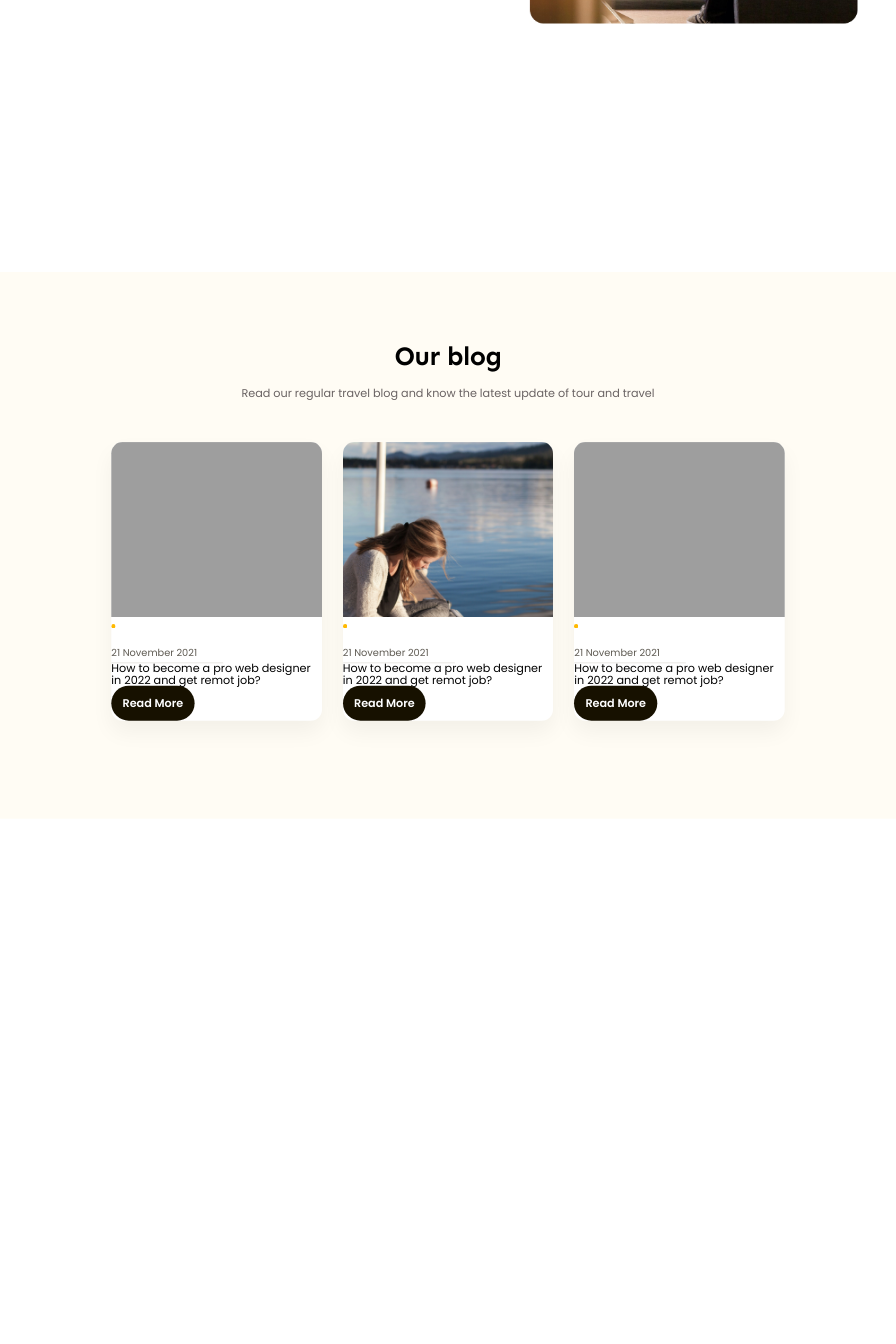
Repository: Toihoclaptrinh/duan1_figma
Page: index.html
An editor plug-in stored every save of this project. The page is shown before and after the next save, followed by the edit.
The browser window is 1280 px wide. The pictures show the part of the page from y = 3591 to 5511 px (the page is 10000 px tall), at 70% of full size.
Pictures or frames that could not be fetched are drawn as grey boxes.

Above is the page before, as saved 2024-02-17 03:14:34.

After the next save:
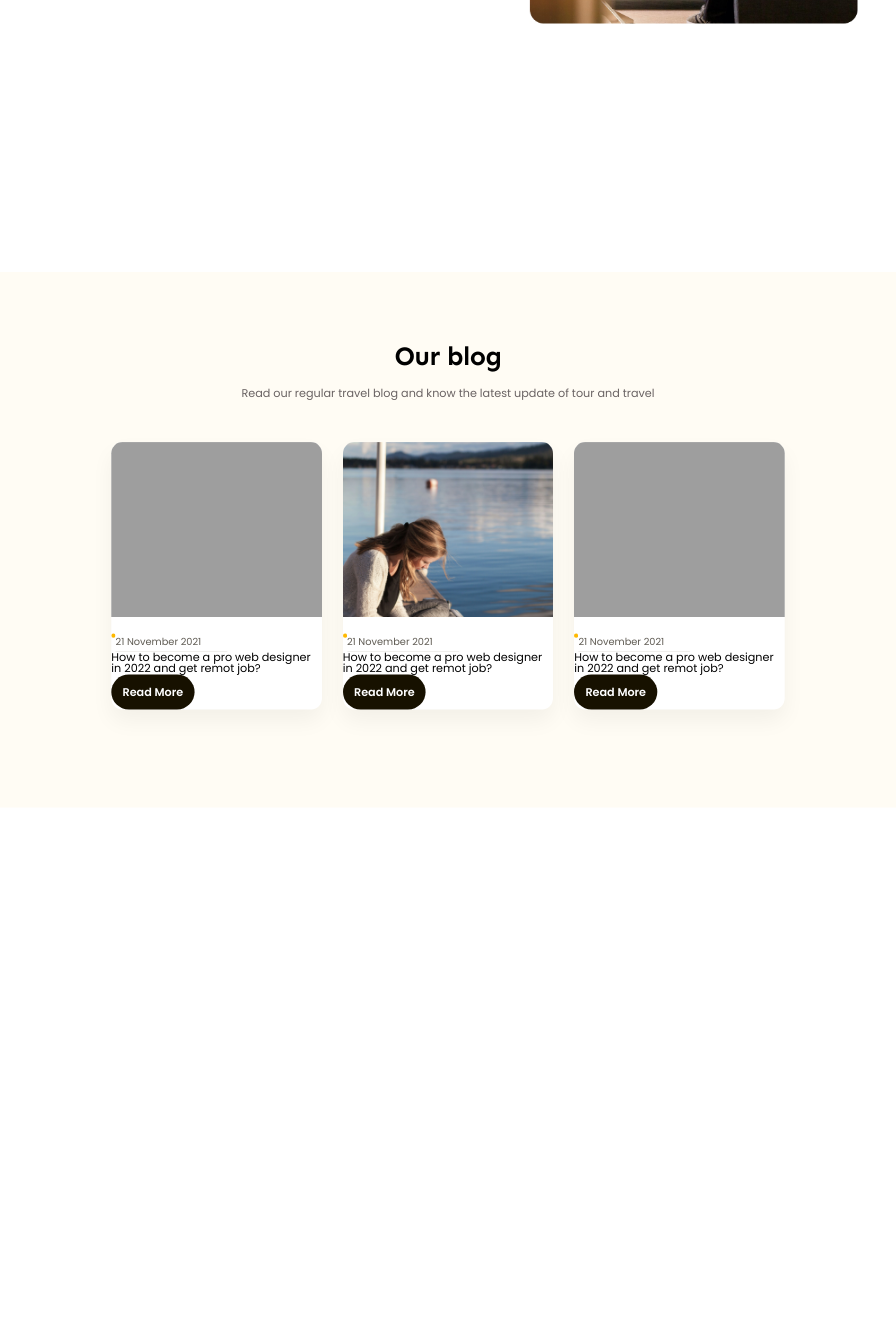
Saved 50 s later.
--- a/assets/css/style.css
+++ b/assets/css/style.css
@@ -638,7 +638,9 @@ a {
   font-weight: 400;
   line-height: 1.857;
 }
-
+.blog-item .flex-date {
+  display: flex;
+}
 .blog-item .blog-content .date::after {
   content: "";
   display: block;
